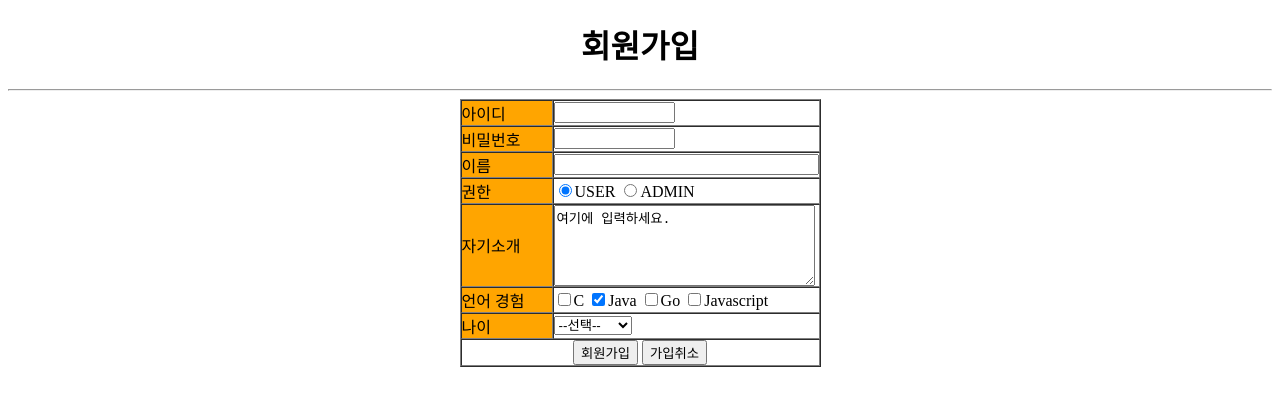
Repository: TPoleon/Servlet-JSP
Page: BoardWeb/src/main/webapp/insertUser.html
An editor plug-in stored every save of this project. The page is shown before and after the next save, followed by the edit.
The browser window is 1280 px wide. The pictures show the whole page.

Above is the page before, as saved 2023-11-16 13:01:32.

### BoardWeb/src/main/webapp/insertUser.html
<!DOCTYPE html PUBLIC "-//W3C//DTD HTML 4.01 Transitional//EN" "http://www.w3.org/TR/html4/loose.dtd">
<html>
<head>
<meta http-equiv="Content-Type" content="text/html; charset=UTF-8">
<title>Insert title here</title>
</head>
<body>
	<center>
		<h1>회원가입</h1>
		<hr>
		<form action="insertUser.do" method="post">
			<table border="1" cellpadding="0" cellspacing="0">
				<tr>
					<td bgcolor="orange" width="90">아이디</td>
					<td><input type="text" size="12" /></td>
				</tr>

				<tr>
					<td bgcolor="orange">비밀번호</td>
					<td><input type="password" size="12" /></td>
				</tr>

				<tr>
					<td bgcolor="orange">이름</td>
					<td><input type="text" size="30" /></td>
				</tr>

				<tr>
					<td bgcolor="orange">권한</td>
					<td><input type="radio" name="role" checked />USER
					<input type="radio" name="role" />ADMIN</td>
				</tr>

				<tr>
					<td bgcolor="orange">자기소개</td>
					<td><textarea rows="5" cols="30">여기에 입력하세요.</textarea></td>
				</tr>


				<td bgcolor="orange">언어 경험</td>
				<td><input type="checkbox">C <input type="checkbox"
					checked>Java <input type="checkbox">Go <input
					type="checkbox">Javascript</td>
				</tr>


				<tr>
					<td bgcolor="orange">나이</td>
					<td><select>
							<option>--선택--
							<option>10대
							<option>20대
							<option>30대
							<option>40대
							<option>50대
							<option>60대 이상
					</select></td>
				</tr>
				<tr>
					<td colspan="2" align="center"><input type="submit"
						value="회원가입" /> <input type="reset" value="가입취소" /></td>
				</tr>
			</table>
		</form>
	</center>
</body>
</html>

After the next save:
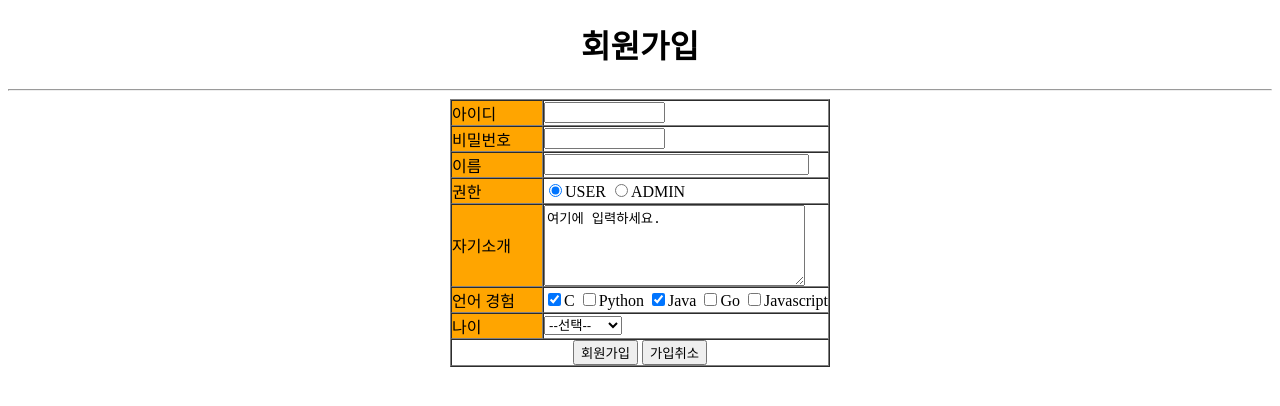
Saved 76 s later.
--- a/BoardWeb/src/main/webapp/insertUser.html
+++ b/BoardWeb/src/main/webapp/insertUser.html
@@ -38,9 +38,13 @@
 
 
 				<td bgcolor="orange">언어 경험</td>
-				<td><input type="checkbox">C <input type="checkbox"
-					checked>Java <input type="checkbox">Go <input
-					type="checkbox">Javascript</td>
+				<td>
+					<input type="checkbox" checked>C
+					<input type="checkbox">Python
+					<input type="checkbox" checked>Java
+					<input type="checkbox">Go
+					<input type="checkbox">Javascript
+				</td>
 				</tr>
 
 
